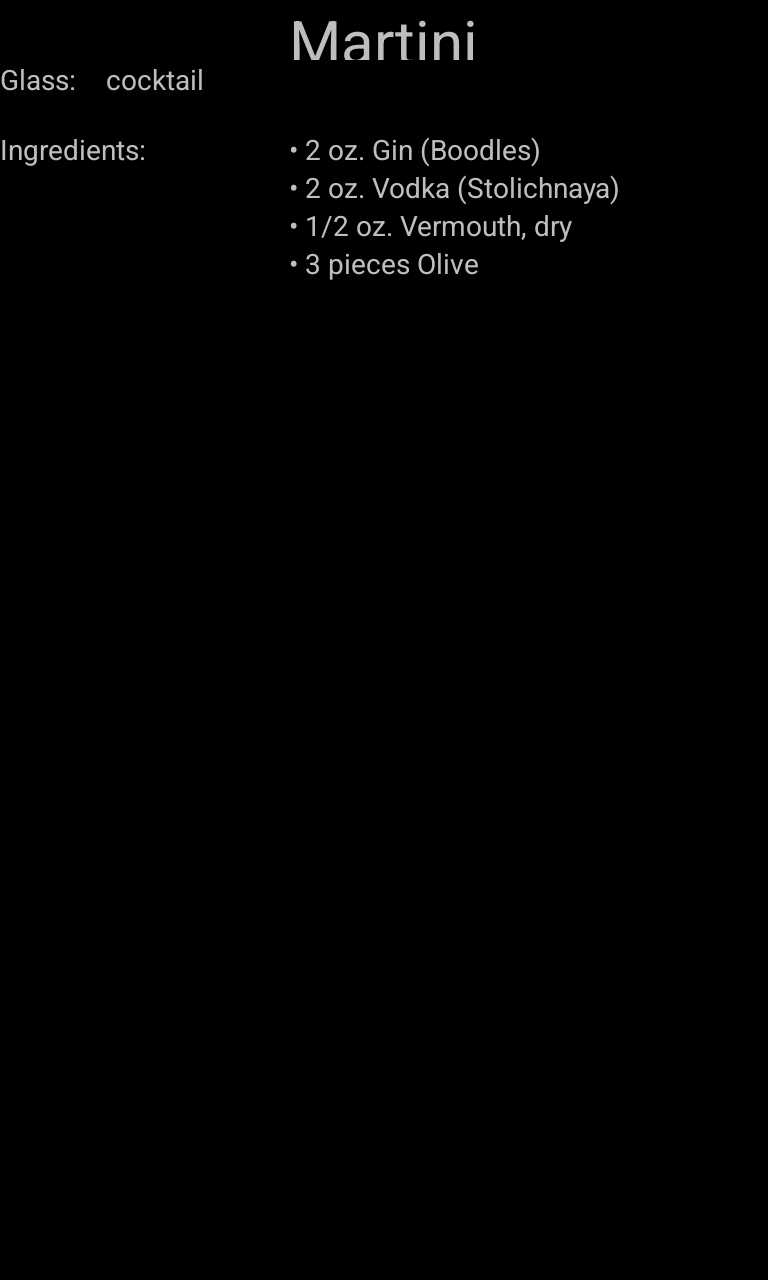
Repository: caltangelo/Drinkables
Layout: CocktailView/res/layout/main.xml
The author's editor kept a copy of each file at every save. The layout is drawn from the files as they stood at one save, then again after the next save.
It is drawn on a 768 x 1280 px phone screen (xhdpi) without system bars, with theme android:Theme; the app's code is not run.

Above is the layout before, as saved 2011-09-22 20:29:32.

### CocktailView/res/layout/main.xml
<?xml version="1.0" encoding="utf-8"?>
<RelativeLayout xmlns:android="http://schemas.android.com/apk/res/android"
	android:orientation="vertical" android:layout_width="fill_parent"
	android:layout_height="fill_parent">
	<TextView android:id="@+id/drinkname" android:layout_height="30sp"
		android:textSize="30sp" android:text="@string/drink_name"
		android:layout_width="wrap_content" android:layout_alignParentTop="true"
		android:layout_centerHorizontal="true" />
	<TextView android:id="@+id/glass_label" android:layout_width="wrap_content"
		android:layout_height="wrap_content" android:layout_below="@id/drinkname"
		android:layout_alignParentLeft="true" android:text="Glass:" />
	<TextView android:id="@+id/glass_type"
		android:layout_toRightOf="@id/glass_label" android:text="@string/drink_glass"
		android:layout_height="wrap_content" android:layout_width="wrap_content"
		android:layout_alignTop="@id/glass_label" android:paddingLeft="15sp" />
	<TextView android:layout_height="wrap_content" android:id="@+id/ingredient_label"
		android:text="Ingredients: " android:layout_width="wrap_content"
		android:layout_below="@+id/glass_label"
		android:layout_alignParentLeft="true" android:layout_marginTop="16dp"/>
	<TableLayout android:layout_height="wrap_content" android:id="@+id/tableLayout1" android:layout_width="wrap_content" android:layout_alignTop="@+id/ingredient_label" android:layout_alignLeft="@+id/drinkname" android:layout_alignParentRight="true">
		<TableRow android:id="@+id/tableRow1" android:layout_width="wrap_content" android:layout_height="wrap_content">
			<TextView android:text="• 2 oz. Gin (Boodles)" android:id="@+id/textView1" android:layout_width="wrap_content" android:layout_height="wrap_content"/>
		</TableRow>
		<TableRow android:id="@+id/tableRow2" android:layout_width="wrap_content" android:layout_height="wrap_content">
			<TextView android:text="• 2 oz. Vodka (Stolichnaya)" android:id="@+id/textView2" android:layout_width="wrap_content" android:layout_height="wrap_content"></TextView>
		</TableRow>
		<TableRow android:id="@+id/tableRow3" android:layout_width="wrap_content" android:layout_height="wrap_content">
			<TextView android:text="• 1/2 oz. Vermouth, dry" android:id="@+id/textView3" android:layout_width="wrap_content" android:layout_height="wrap_content"></TextView>
		</TableRow>
		<TableRow android:id="@+id/tableRow4" android:layout_width="wrap_content" android:layout_height="wrap_content">
			<TextView android:text="• 3 pieces Olive" android:id="@+id/textView4" android:layout_width="wrap_content" android:layout_height="wrap_content"></TextView>
		</TableRow>
	</TableLayout>


</RelativeLayout>

### CocktailView/res/values/strings.xml
<?xml version="1.0" encoding="utf-8"?>
<resources>
    <string name="hello">Hello World, CocktailViewActivity!</string>
    <string name="app_name">CocktailView</string>
    <string name="drink_name">Martini</string>
    <string name="drink_glass">cocktail</string>
    <string-array name="drink_ingredients">
        <item>2 oz. Gin (Boodles)</item>
        <item>2 oz. Vodka (Stolichnaya)</item>
        <item>1/2 oz. Vermouth, dry</item>
        <item>3 pieces Olive</item>
    </string-array>
    <string name="drink_instructions">Add ingredients (except for olives) to a cocktail shaker, shake and strain into a chilled cocktail glass.  Add olives as garnish.</string>
</resources>

After the next save:
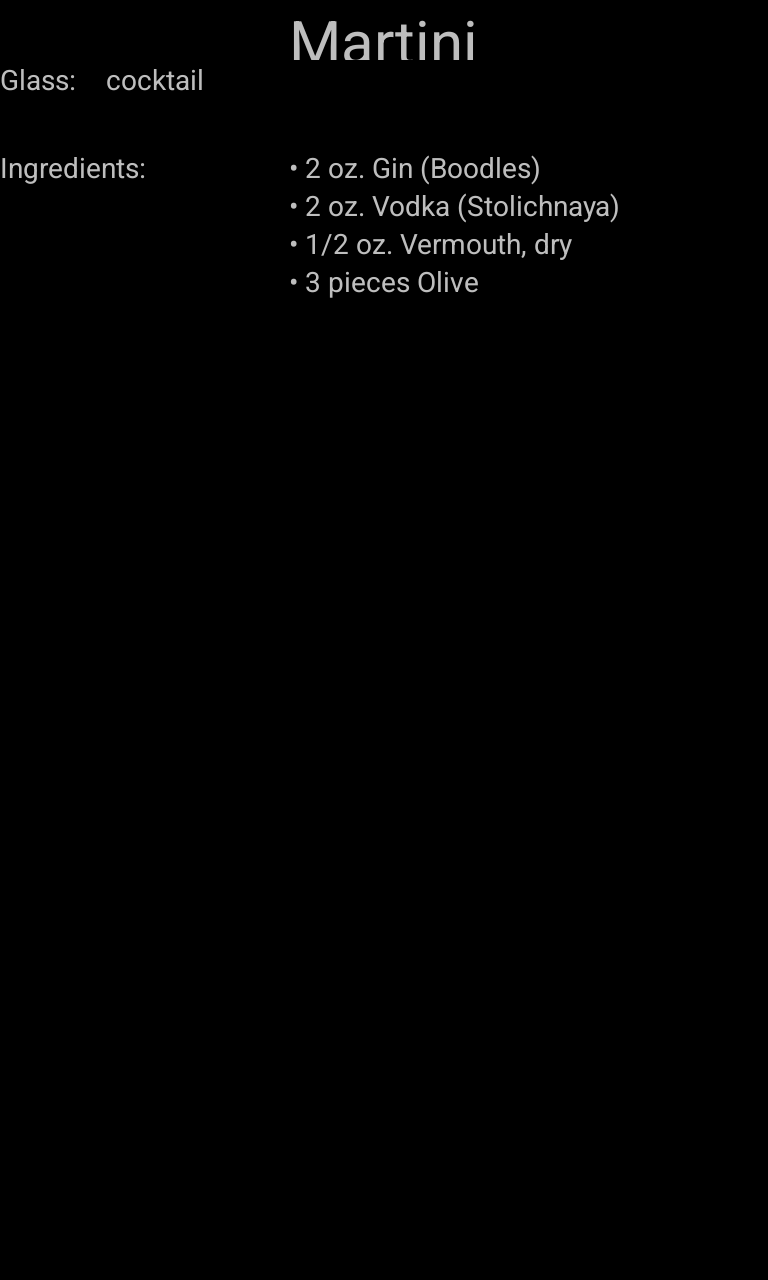
Saved 92 s later.
--- a/CocktailView/res/layout/main.xml
+++ b/CocktailView/res/layout/main.xml
@@ -16,7 +16,7 @@
 	<TextView android:layout_height="wrap_content" android:id="@+id/ingredient_label"
 		android:text="Ingredients: " android:layout_width="wrap_content"
 		android:layout_below="@+id/glass_label"
-		android:layout_alignParentLeft="true" android:layout_marginTop="16dp"/>
+		android:layout_alignParentLeft="true" android:layout_marginTop="25dp"/>
 	<TableLayout android:layout_height="wrap_content" android:id="@+id/tableLayout1" android:layout_width="wrap_content" android:layout_alignTop="@+id/ingredient_label" android:layout_alignLeft="@+id/drinkname" android:layout_alignParentRight="true">
 		<TableRow android:id="@+id/tableRow1" android:layout_width="wrap_content" android:layout_height="wrap_content">
 			<TextView android:text="• 2 oz. Gin (Boodles)" android:id="@+id/textView1" android:layout_width="wrap_content" android:layout_height="wrap_content"/>
